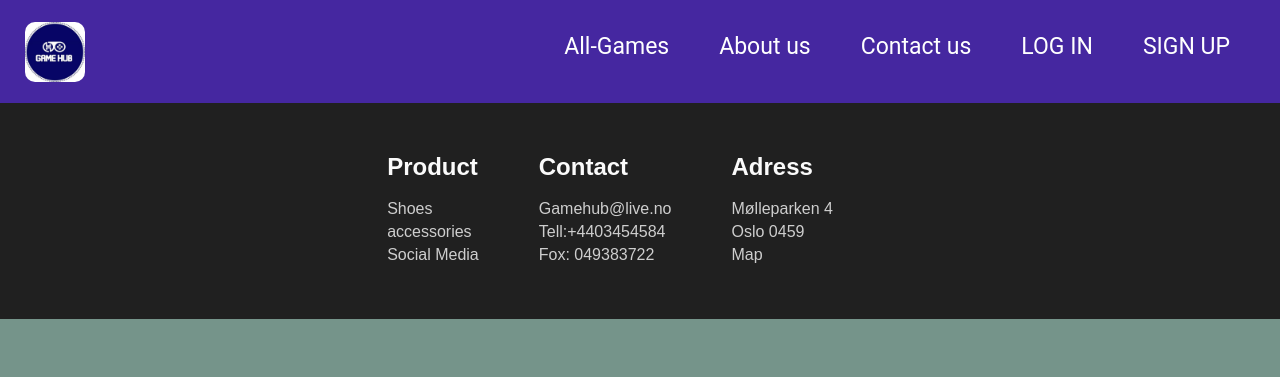
Repository: Fariaddd/HTML-CSS-reset
Page: signup.html
The author's editor kept a copy of each file at every save. The page is drawn from the files as they stood at one save, then again after the next save.
The browser window is 1280 px wide. The pictures show the whole page.

Above is the page before, as saved 2022-04-30 17:10:51.
Console error: TypeError: Cannot read properties of null (reading 'addEventListener')

### signup.html
<!DOCTYPE html>
<html lang="en">
<head>
    <meta charset="UTF-8">
    <meta http-equiv="X-UA-Compatible" content="IE=edge">
    <meta name="viewport" content="width=device-width, initial-scale=1.0">
    <title>SIGNUP</title>
    <link rel="stylesheet" href="style/contact.css" />
    <link rel="stylesheet" href="style/index.css" />
    <link rel="stylesheet" href="./style/signup.css">
    <script defer src="script/login.js"></script>
</head>
<body>
    <header class="header">
        <div class="logo">
          <a href="./index.html">
            <img src="./img/Gamehub.png" alt="Gamehub-logo"
          /></a>
        </div>
        <div class="navigation">
            <input type="chechbox"
            class="toggle-menu">
            <div class="hamburger"></div>
          <ul class="menu">
            <li><a href="./all-games.html">All-Games</a></li>
            <li><a href="./about.html">About us</a></li>
            <li><a href="./concats.html">Contact us</a></li>
          </ul>
          <ul class="menu ">
              <li>
                <a href="./login.html" >LOG IN</a>
              </li>
              <li>
                <a href="./sign.html" >SIGN UP</a>
              </li>
        </div>
      </header>
      <main>
        <div class="text-container">

        </div>

      </main>
      <footer>
        <div class="footer-container">
          <nav class="footer-navv">
            <ul>
              <h3>Product</h3>
              <br/>
              <li>Shoes</li>
              <li>accessories</li>
              <li>Social Media</li>
            </ul>
          </nav>
          <nav class="footer-navv">
            <ul>
              <h3>Contact</h3>
              <br>
              <li>Gamehub@live.no</li>
              <li>Tell:+4403454584</li>
              <li>Fox: 049383722</li>
            </ul>
          </nav>
          <nav class="footer-navv">
            <ul>
              <h3>Adress</h3>
              <br>
              <li>Mølleparken 4</li>
              <li>Oslo 0459 </li>
              <li>Map</li>
            </ul>
          </nav>
        </div>
    </footer>
</body>
</html>

### style/contact.css
h1 {
  text-align: center;
}

label {
  display: block;
  margin: 20px 0;
}

input,
textarea {
  width: 100%;
  padding: 10px;
  box-sizing: border-box;
  resize: none;
  border: none;
  outline: none;
  border-bottom: 1px solid rgb(90, 90, 90);
}

input[type="text"]:focus,
textarea:focus {
  border-bottom: 2px solid red;
}

.btn {
  text-align: center;
}

input[type="submit"] {
  text-align: center;
  margin-top: 30px;
  width: 90%;
  max-width: 200px;
  background-color: rgb(36, 36, 36);
  color: white;
  font-size: 16px;
  cursor: pointer;
  border-radius: 2px;
  border-bottom: none;
}
input[type="submit"]:hover {
  background-color: orange;
}

.error {
  color: red;
}
.success {
  color: #28a745;
}

.error-border {
  border-bottom: 1px solid red;
}
.success-border {
  border-bottom: 1px #28a745;
}

### style/index.css
/*@import url("https://fonts.googleepis.com/css?family=roboto:300,400,500,600,700,800,900&display=swap");*/

* {
  font-family: "Roboto";
  margin: 0;
  padding: 0;
  box-sizing: border-box;
}

body {
  background-color: rgb(117, 148, 138);
}
.header {
  position: relative;
  width: 100%;
  display: flex;
  justify-content: space-between;
  align-items: center;
  background: #4527a0;
  padding: 0 25px;
  transition: 0.3s;
}

.logo a {
  display: block;
}

.logo a img {
  display: block;
  width: 60px;
  border-radius: 10px;
}

.navigation {
  display: flex;
  justify-content: space-between;
  align-items: center;
}
.menu {
  display: flex;
  justify-content: center;
  flex-direction: row;
  align-items: center;
  z-index: 1;
  transition: 0.5s;
}

.menu li {
  list-style-type: none;
}

.menu li a {
  color: #fff;
  text-decoration: none;
  display: block;
  padding: 30px 15px;
  font-size: 23px;
  line-height: 1;
  transition: 0.3s;
  padding: 35px 25px 45px 25px;
}

.menu li a:hover {
  box-shadow: 0 -5px 0 #fff inset, 500px 0 0 rgba(255, 255, 255, 0.03) inset;
}

.links {
  background-color: black;
  font-weight: bold;
  text-decoration: none;
  list-style-type: none;
}

.hamburger {
  position: relative;
  width: 30px;
  height: 4px;
  background: #fff;
  border-radius: 10px;
  cursor: pointer;
  z-index: 2;
  transition: 0.3s;
}

.hamburger:before,
.hamburger:after {
  content: "";
  position: absolute;
  height: 4px;
  right: 0;
  background: #fff;
  border-radius: 10px;
  transition: 0.3s;
}

.hamburger:before {
  top: -10px;
  width: 20px;
}
.hamburger:after {
  top: 10px;
  width: 20px;
}

.toggle-menu {
  position: absolute;
  width: 30px;
  height: 100%;
  z-index: 3;
  cursor: pointer;
  opacity: 0;
}

.hamburger,
.toggle-menu {
  display: none;
}

.navigation input:checked ~ .hamburger {
  background: transparent;
}

.navigation input:checked ~ .hamburger:before {
  top: 0;
  transform: rotate(-45deg);
  width: 30px;
}
.navigation input:checked ~ .hamburger:after {
  top: 0;
  transform: rotate(45deg);
  width: 30px;
}

.navigation input:checked ~ .menu {
  right: 0;
  box-shadow: -20px 0 40px rgba(0, 0, 0, 0.3);
}

/* main section */

.container {
  display: flex;
  justify-content: center;

  margin: 50px 100px;
}

.div-container {
  margin: 5px;
  width: 100%;
}

.img {
  width: 100%;
  height: 250px;
  object-fit: cover;
}

.text {
  margin-left: 10px;
}

button {
  margin-top: 10px;
  width: 150px;
  height: 40px;
}

h1 {
  text-align: center;
  text-decoration: none;
}
h2 {
  margin: 0;
}
p {
  margin: 0;
}
@media screen and (max-width: 768px) {
  .container {
    flex-direction: column;
    margin: 0px;
    text-align: center;
  }
}

/*footer*/

.footer-container {
  height: auto;
  background-color: rgb(32, 32, 32);
  display: flex;
  justify-content: center;
}

.footer-navv {
  margin: 50px 60px 50px 0px;
}
h3 {
  font-family: "League Spartan", sans-serif;
  font-size: 24px;
  color: rgb(250, 250, 250);
}

.footer-navv li {
  color: rgb(206, 206, 206);
  text-decoration: none;
  list-style: none;
  font-family: "League Spartan", sans-serif;
  font-size: 16px;
  margin-bottom: 5px;
}

@media screen and (max-width: 768px) {
  .footer-nav:nth-child(1) {
    display: none;
  }
}
@media screen and (max-width: 460px) {
  .footer-container {
    flex-direction: column;
    align-items: center;
  }
}

@media screen and (max-width: 768px) {
  .hamburger,
  .toggle-menu {
    display: block;
  }

  .header {
    padding: 10px 20px;
  }
  .menu {
    justify-content: start;
    flex-direction: column;
    align-items: center;
    position: fixed;
    top: 0;
    right: -300px;
    background: #4527a0;
    width: 300px;
    height: 100%;
    padding-top: 65px;
  }
  .menu li {
    width: 100%;
  }
  .menu li a,
  .menu li a:hover {
    padding: 30px;
    font-size: 24px;
    box-shadow: 0 1px 0 rgba(255, 255, 255, 0.1);
  }
}

/*Buy-game page*/
.img {
  background-image: url(/img/game.png);
}

### script/login.js
const email = document.getElementById("email")
const password = document.getElementById("password")
const form = document.getElementById("form")
const errorElement = document.getElementById("error")


form.addEventListener("logginn", (e) => {
    let messages = []
    if (email.value === "" || email.value == null) {
        console.log("Email is required");
    }

    if (password.value.length > 0) {
        console.log("Password is required");
    }
})

Loaded but not shown: style/signup.css (no stored copy; drawn as an empty file)

After the next save:
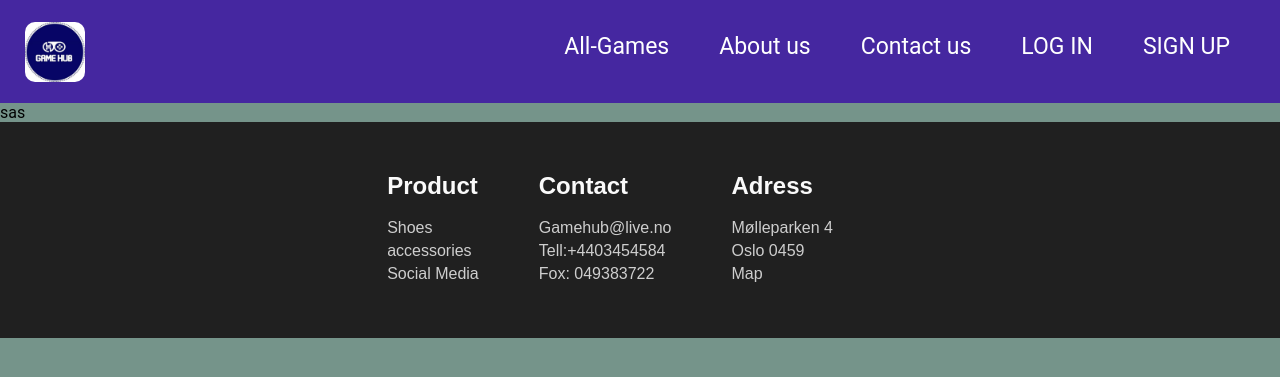
Saved 15 s later.
--- a/signup.html
+++ b/signup.html
@@ -37,7 +37,7 @@
       </header>
       <main>
         <div class="text-container">
-
+          <p>sas</p>
         </div>
 
       </main>
